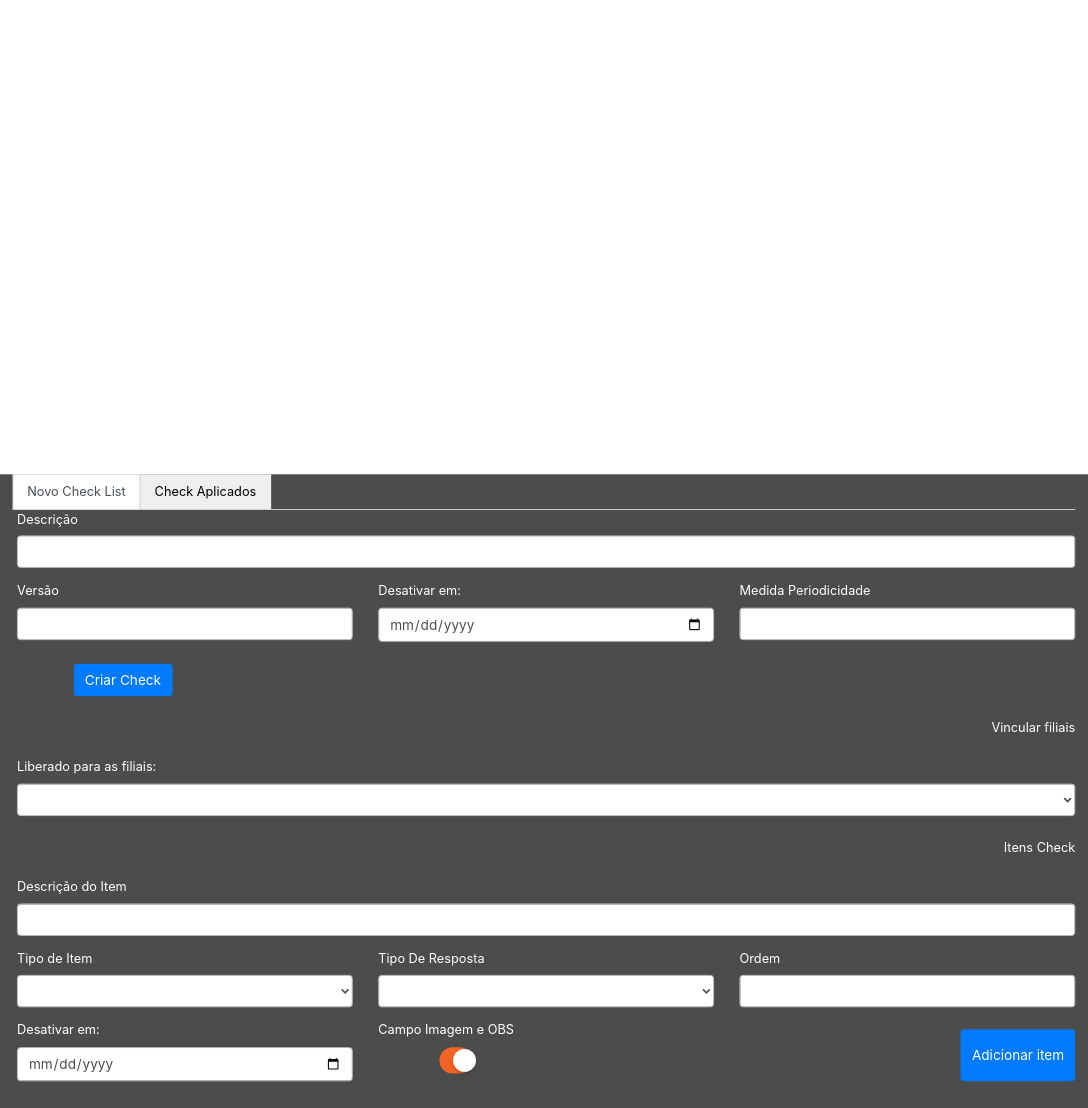
Repository: Conlog-SA/portal_operacional
Page: apps/safety_layout_checklist_app/templates/safety_layout_checklist_app/form_cad_layout_checklist.html
The author's editor kept a copy of each file at every save. The page is drawn from the files as they stood at one save, then again after the next save.
The browser window is 1280 px wide. The pictures show the whole page, at 85% of full size.
The template is drawn by Django 3.2. The application's start-up code is not run. Other server files are loaded and not shown. The template is opened directly, without the code that normally fills it, so the values that code supplies are empty.

Above is the page before, as saved 2023-11-16 15:54:17.

### apps/safety_layout_checklist_app/templates/safety_layout_checklist_app/form_cad_layout_checklist.html
{% load static %}

{% block link_static_css %}
    <link rel="stylesheet" href="{% static 'css/cores.css' %}" />
    <link rel="stylesheet" href="{% static 'css/toggle_switch.css' %}" />
    <link rel="stylesheet" href="{% static 'css/loader.css' %}" />
    <link rel="stylesheet" href="{% static 'css/seguranca_safety_app/seguranca_safety.css' %}" />
    <link rel="stylesheet" href="{% static 'libs/bootstrap_4/css/bootstrap.min.css' %}" />

{% endblock %}

<div class="d-flex flex-column h-100 align-items-center justify-content-start text-white w-95" style="margin-right: 0px; width:100%;">
   <div class="mt-3 d-flex align-items-end justify-content-between div_Titulo" style="padding-bottom:15px;">
       <div class="d-flex align-items-center justify-content-center">
            <i class="fa-solid fa-truck-fast" style="font-size:50px; margin-left:0px; margin-right:15px; color:#cf6a15;"></i>
           <h1 class="titlePadraoMenu" style="margin-left:0px;">Safety</h1>
       </div>
       <img class="logo_cabecalho" src="{% static 'icons/logo-branca.png' %}" >
   </div>
    <div class="containerApp w-95">
        <div class="form-group form_div_check w-100" >
            <div class="col-md-12 w-100 h-100">
                <nav>
                    <div class="nav nav-tabs" id="myTab" role="tablist">
                      <button class="nav-link active tabs-nav" id="a_tab_new_check" data-bs-toggle="tab"
                         data-bs-target="#div_tab_new_check"  type="button" role="tab"
                         aria-controls="div_tab_new_check"
                         aria-selected="true" style="border-radius:0px 0px 0 0; font-size:15px">
                         Novo Check List
                         <i class="fa-solid fa-filter" style="color: #f46424;"></i>
                      </button>
                      <button class="nav-link tabs-nav" id="a_tab_check_criados" data-bs-toggle="tab"
                         data-bs-target="#div_check_criados" type="button" role="tab"
                         aria-controls="div_check_criados"
                         aria-selected="false" style="border-radius:0px 0px 0 0; font-size:15px" >
                         Check Aplicados
                        <i class="fa-solid fa-pen-to-square" style="color: #f46424"></i>
                      </button>
                    </div>
                </nav>
                <div class="tab-content" style="border-radius:0 0 10px 10px; font-size:15px">
                    <div class="tab-pane active" id="div_tab_new_check" role="tabpanel" aria-labelledby="a_tab_new_check" style="padding-left:5px;">
                        <form id="form_new_check_list" name="form_nem_check_list">
                          <div class="row">
                             <div class="form-group col-sm-12">
                               <label for="descricao_new_check"> Descrição </label>
                               <input type="text" class="form-control" id="descricao_new_check">
                             </div>
                             <div class="form-group col-sm-4">
                               <label for="versao_new_check">Versão</label>
                               <input type="text" class="form-control" id="versao_new_check">
                             </div>
                             <div class="form-group col-sm-4">
                               <label for="desativar_new_check_date">Desativar em:</label>
                               <input type="date" class="form-control" id="desativar_new_check_date">
                             </div>
                             <div class="form-group col-sm-4">
                               <label for="periodicidade_new_check">Medida Periodicidade</label>
                               <input type="text" class="form-control" id="periodicidade_new_check">
                             </div>
                             <div class="form-group col-sm-2 d-flex justify-content-end" style="margin-top:10px">
                                <button type="button" class="btn btn-primary btn-form" id="btn_new_check" name="btn_new_check"> Criar Check</button>
                             </div>
                             <div class="form-group col-sm-12 d-flex justify-content-end" style="margin-top:10px">
                                <label>Vincular filiais</label>
                             </div>
                             <div class="form-group col-sm-12 d-flex align-items-start" style="margin-bottom:0px;">
                                 <label>Liberado para as filiais:</label>
                              </div>
                             <div class="form-group col-sm-12">
                                <select class="selectpicker form-control"
                                        id="liberado_filiais" name="liberado_filiais" placeholder="Liberado Filiais" required>
                                </select>
                             </div>
                             <div class="form-group col-sm-12 d-flex justify-content-end" style="margin-top:10px">
                                <label>Itens Check</label>
                             </div>
                              <div class="form-group col-sm-12">
                                   <label for="descricao_item_check"> Descrição do Item</label>
                                   <input type="text" class="form-control" id="descricao_item_check">
                             </div>
                             <div class="form-group col-sm-4">
                                   <label for="select_tipo_item">Tipo de Item</label>
                                   <select class="selectpicker form-control"
                                           id="select_tipo_item" name="select_tipo_item" placeholder="Tipo de Item" required>
                                   </select>
                             </div>
                             <div class="form-group col-sm-4">
                                <label for="select_tipo_resposta">Tipo De Resposta</label>
                                <select class="selectpicker form-control"
                                        id="select_tipo_resposta" name="select_tipo_resposta"
                                        placeholder="Tipo de Resposta" required>
                                </select>
                              </div>
                              <div class="form-group col-sm-4">
                                <label for="input_ordem_check">Ordem</label>
                                <input type="text" class="form-control" id="input_ordem_check">
                              </div>
                              <div class="form-group col-sm-4">
                                <label for="desativar_item_date">Desativar em:</label>
                                <input type="date" class="form-control" id="desativar_item_date">
                              </div>
                              <div class="form-group col-sm-2 check-box">
                                  <div class="label">
                                    <label for="obs_imagem_check_box"> Campo Imagem e OBS</label>
                                  </div>
                                  <div class="container" style="padding-right: 72px; padding-left: 72px;">
                                      <input type="checkbox" checked="checked" class="checkbox" name="obs_imagem_check_box" id="obs_imagem_check_box" style="width:10px; height:10px;">
                                      <label class="switch" for="obs_imagem_check_box">
                                      <span class="slider"></span>
                                        </label>
                                  </div>
                              </div>
                              <div class="form-group  col-md-6 w-15 d-flex justify-content-end" style="margin-top:10px">
                                <button type="button" class="btn btn-primary btn-form" id="btn_new_check" name="btn_new_check"> Adicionar item</button>
                             </div>
                          </div>
                        </form>
                    </div>
                    <div class="tab-pane" id="div_check_criados" role="tabpanel" aria-labelledby="a_tab_check_criados">
                       <form id="form_check_aplicados" name="form_check_aplicados" method="POST" style="margin-left:10px; margin-right:10px;">
                          <div class="row">
                              <div class="col md-5">
                                  <label for="filial_check_aplicado">Filial</label>
                                  <select class="selectpicker form-control" id="filial_check_aplicado" name="filial_check_aplicado">
                                  </select>
                              </div>
                          </div>
                       </form>
                    </div>
                </div>
            </div>
        </div>
    </div>
</div>


<script src="https://code.jquery.com/jquery-3.6.0.min.js"></script>
<script src="{% static 'libs/bootstrap_4/js/bootstrap.min.js' %}"></script>

### static/css/cores.css
:root{
    --cor_bg_login: rgba(24, 27, 30, 0.90);
    --cor_cinza_escuro: #515457;
    --cor_cinza_claro: #9fa3a7;
    --cor_cinza_claro2: #d0d0d0;
    --cor_branco: #e6e4e4;
    --cor_bg_solido: #181b1e;
    --cor_bg_solido_claro:#343537;
    --cor_bg_cinza_escuro: rgba(33,37,41,0.9) !important;
    --cor_bg_cinza_escuro_cabecalho: rgba(33,37,41,0.7) !important;
    --cor_bg_modais_body: #DCDCDC;

    --cor_empresa: #f46424;
    --cor_empresa_hover: #df5b23;
    --cor_empresa_active: #b24110;

    --bs-accordion-btn-focus-box-shadow_custom: 0 0 0 0.25rem rgba(244, 100, 36, 0.25);

    --bs-accordion-btn-active-icon_custom:url('');

    --cor_card_chamado_hover: #ccccce;
    --cor_card_chamado_active: #999999;
    --cor_chamado_emergencial: #b30f04;
    --cor_branco: #fff;
    /* --cor_branco_escuro: #969393; */
    --cor_card_a_atender: #e3f8f5;
    --cor_card_atendendo: #e1ffe4;;
    --cor_card_em_espera: #fdf9c6;
}

### static/css/toggle_switch.css
/* Remove this container when use*/
.component-title {
    width: 100%;
    position: absolute;
    z-index: 999;
    top: 30px;
    left: 0;
    padding: 0;
    margin: 0;
    font-size: 1rem;
    font-weight: 700;
    color: #888;
    text-align: center;
  }

  /* The switch - the box around the slider */
  .container {
    width: 77px;
    height: 31px;
    position: relative;
  }

  /* Hide default HTML checkbox */
  .checkbox {
    opacity: 0;
    width: 0;
    height: 0;
    position: absolute;
  }

  .switch {
    width: 100%;
    height: 100%;
    display: block;
    background-color: #e9e9eb;
    border-radius: 16px;
    cursor: pointer;
    transition: all 0.2s ease-out;
  }

  /* The slider */
  .slider {
    width: 27px;
    height: 27px;
    position: absolute;
    left: calc(50% - 27px/2 - 10px);
    top: calc(50% - 27px/2);
    border-radius: 50%;
    background: #FFFFFF;
    box-shadow: 0px 3px 8px rgba(0, 0, 0, 0.15), 0px 3px 1px rgba(0, 0, 0, 0.06);
    transition: all 0.2s ease-out;
    cursor: pointer;
  }

  .checkbox:checked + .switch {
    background-color: #f46424;
  }

  .checkbox:checked + .switch .slider {
    left: calc(50% - 27px/2 + 10px);
    top: calc(50% - 27px/2);
  }

  .cursor-pointer{
    cursor: pointer;
  }

### static/css/loader.css
.loader {
  /* display: flex; */
  margin-left: 1.5rem;
  align-items: center;
  /* width: 50px;
  height: 50px; */
  position: relative;
  display: none;
}

.loader:before {
  align-items: center;
  display: flex;
  content: "";
    position: absolute;
    top: -10px;
    left: -10px;
    right: -10px;
    bottom: -10px;
    border-radius: 50%;
    /* width: 50px;
    height: 50px; */
  }

  .loader-inner {
    display: flex;
    justify-content: center;
    align-items: center;
    position: relative;
  }

  .loader-block {
    display: inline-block;
    width: 10px;
    height: 10px;
    margin: 2px;
    background-color: #f46424;
    box-shadow: 0 0 20px #f46424;
    animation: loader_562 1.2s cubic-bezier(0.5, 0, 0.5, 1) infinite;
  }

  .loader-block:nth-child(1) {
    animation-delay: 0.1s;
  }

  .loader-block:nth-child(2) {
    animation-delay: 0.2s;
  }

  .loader-block:nth-child(3) {
    animation-delay: 0.3s;
  }

  .loader-block:nth-child(4) {
    animation-delay: 0.4s;
  }

  .loader-block:nth-child(5) {
    animation-delay: 0.5s;
  }

  .loader-block:nth-child(6) {
    animation-delay: 0.6s;
  }

  .loader-block:nth-child(7) {
    animation-delay: 0.7s;
  }

  .loader-block:nth-child(8) {
    animation-delay: 0.8s;
  }

  @keyframes loader_562 {
    0% {
      transform: scale(1);
      box-shadow: 0 0 20px rgba(255, 255, 255, 0.5);
    }

    20% {
      transform: scale(1, 2.5);
      box-shadow: 0 0 50px rgba(255, 255, 255, 0.7);
    }

    40% {
      transform: scale(1);
      box-shadow: 0 0 20px rgba(255, 255, 255, 0.5);
    }
  }

### static/css/seguranca_safety_app/seguranca_safety.css
.containerApp {
    background: rgba(0, 0, 0, 0.7); /* Cor preta com 50% de opacidade */
    color: white; /* Cor do texto, por exemplo, branco */
}

label[for="liberado_filiais"] {
    text-align: left !important; /* Tente usar !important para forçar a aplicação do estilo */
}

Loaded but not shown: static/libs/bootstrap_4/css/bootstrap.min.css (library); static/libs/bootstrap_4/js/bootstrap.min.js (library)

After the next save:
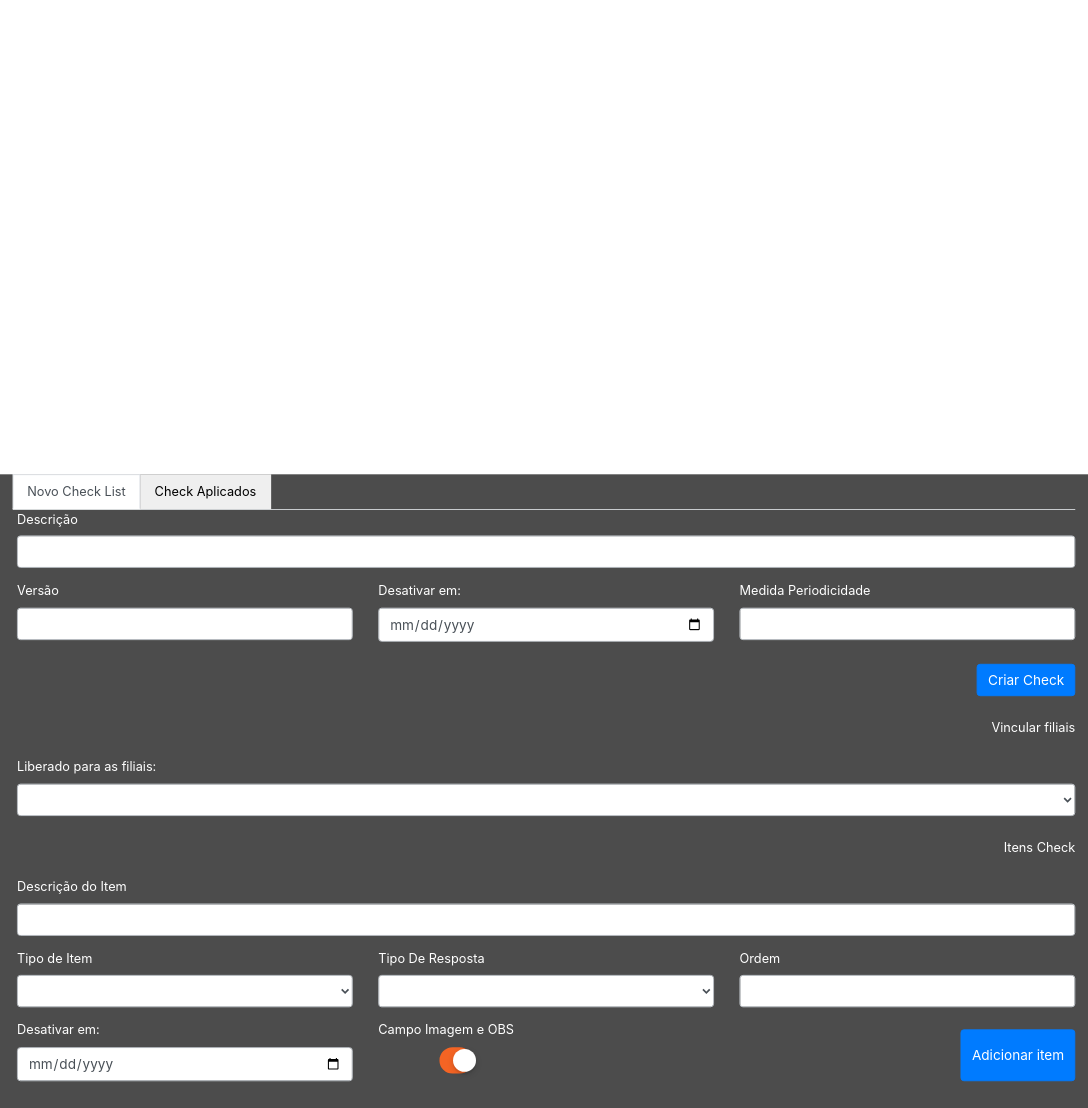
Saved 3 min 31 s later.
--- a/apps/safety_layout_checklist_app/templates/safety_layout_checklist_app/form_cad_layout_checklist.html
+++ b/apps/safety_layout_checklist_app/templates/safety_layout_checklist_app/form_cad_layout_checklist.html
@@ -58,7 +58,7 @@
                                <label for="periodicidade_new_check">Medida Periodicidade</label>
                                <input type="text" class="form-control" id="periodicidade_new_check">
                              </div>
-                             <div class="form-group col-sm-2 d-flex justify-content-end" style="margin-top:10px">
+                             <div class="form-group col-sm-12 d-flex justify-content-end" style="margin-top:10px">
                                 <button type="button" class="btn btn-primary btn-form" id="btn_new_check" name="btn_new_check"> Criar Check</button>
                              </div>
                              <div class="form-group col-sm-12 d-flex justify-content-end" style="margin-top:10px">
